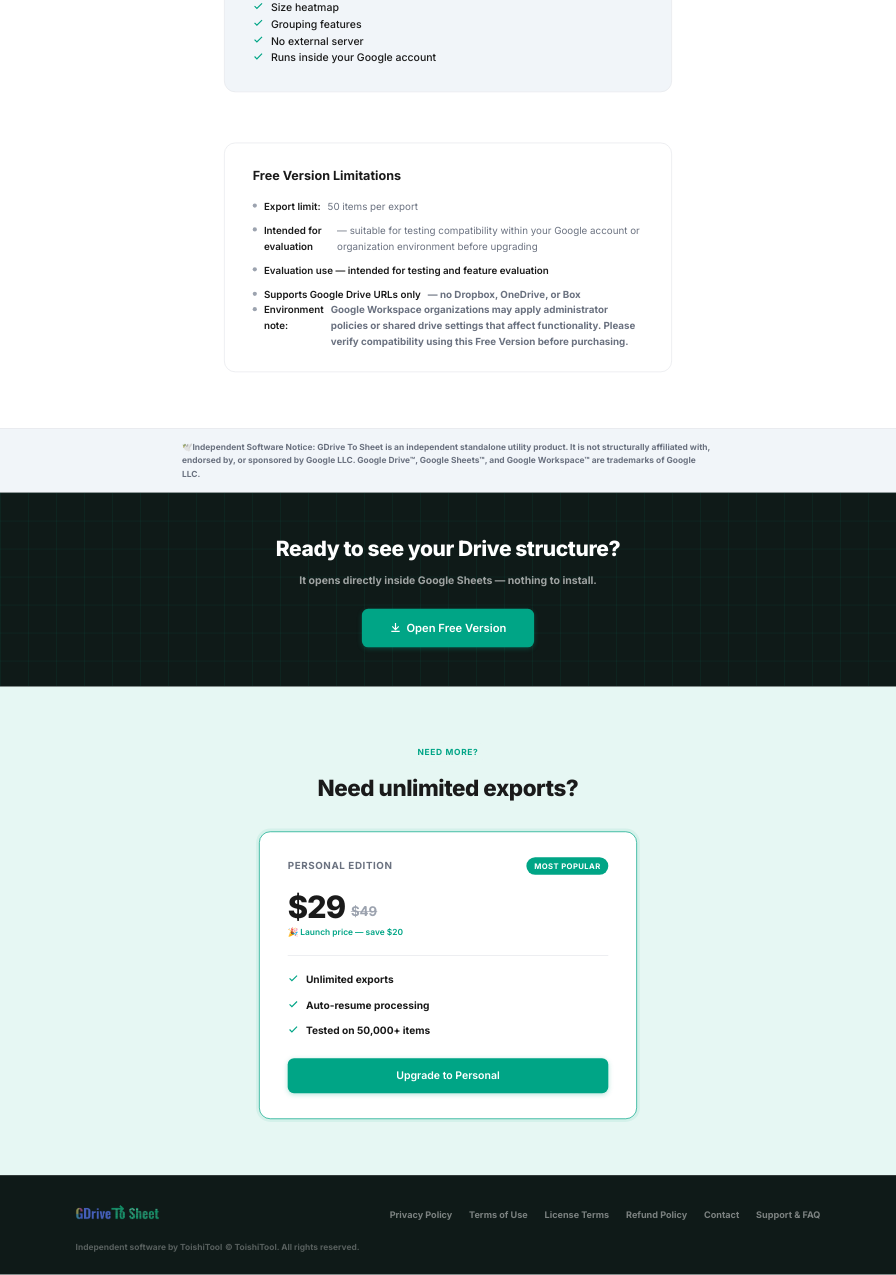
Repository: toishitool/gdrive-to-sheet
Page: free-download.html
These files come from the project's save history. The page is drawn as it stood at one moment and after the next save; the edit follows.
The browser window is 1280 px wide. The pictures show the part of the page from y = 664 to 2584 px (the page is 2485 px tall before and 2584 px after), at 70% of full size.

Above is the page before, as saved 2026-06-22 14:06:18.

After the next save:
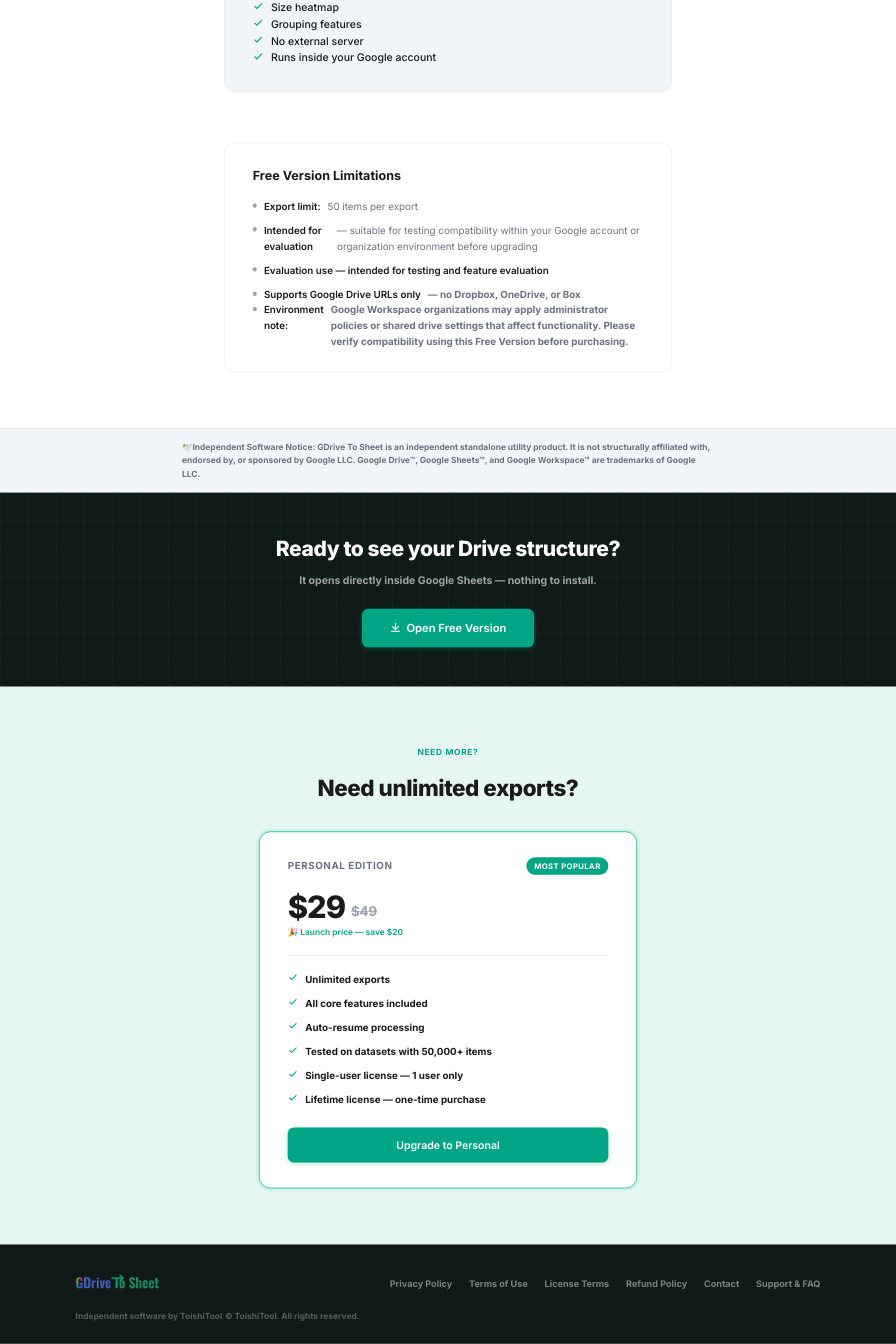
Saved 5 min 12 s later.
--- a/free-download.html
+++ b/free-download.html
@@ -170,16 +170,44 @@
           </div>
           <div class="upsell-launch">🎉 Launch price — save $20</div>
           <div class="upsell-divider"></div>
-          <ul class="upsell-features">
-            <li><svg width="16" height="16" fill="none" stroke="currentColor" stroke-width="2.5" viewBox="0 0 24 24">
-                <polyline points="20 6 9 17 4 12" />
-              </svg> Unlimited exports</li>
-            <li><svg width="16" height="16" fill="none" stroke="currentColor" stroke-width="2.5" viewBox="0 0 24 24">
-                <polyline points="20 6 9 17 4 12" />
-              </svg> Auto-resume processing</li>
-            <li><svg width="16" height="16" fill="none" stroke="currentColor" stroke-width="2.5" viewBox="0 0 24 24">
-                <polyline points="20 6 9 17 4 12" />
-              </svg> Tested on 50,000+ items</li>
+          <ul class="price-features">
+            <li>
+              <svg width="15" height="15" fill="none" stroke="var(--primary)" stroke-width="2.5" viewBox="0 0 24 24">
+                <polyline points="20 6 9 17 4 12" />
+              </svg>
+              <span><strong>Unlimited exports</strong></span>
+            </li>
+            <li>
+              <svg width="15" height="15" fill="none" stroke="var(--primary)" stroke-width="2.5" viewBox="0 0 24 24">
+                <polyline points="20 6 9 17 4 12" />
+              </svg>
+              <span>All core features included</span>
+            </li>
+            <li>
+              <svg width="15" height="15" fill="none" stroke="var(--primary)" stroke-width="2.5" viewBox="0 0 24 24">
+                <polyline points="20 6 9 17 4 12" />
+              </svg>
+              <span>Auto-resume processing</span>
+            </li>
+            <li>
+              <svg width="15" height="15" fill="none" stroke="var(--primary)" stroke-width="2.5" viewBox="0 0 24 24">
+                <polyline points="20 6 9 17 4 12" />
+              </svg>
+              <span>Tested on datasets with 50,000+ items</span>
+            </li>
+            <li>
+              <svg width="15" height="15" fill="none" stroke="var(--primary)" stroke-width="2.5" viewBox="0 0 24 24">
+                <polyline points="20 6 9 17 4 12" />
+              </svg>
+              <span>Single-user license — 1 user only</span>
+            </li>
+             <li>
+              <svg width="15" height="15" fill="none" stroke="var(--primary)" stroke-width="2.5" viewBox="0 0 24 24">
+                <polyline points="20 6 9 17 4 12" />
+              </svg>
+              <span><strong>Lifetime license — one-time purchase</strong></span>
+            </li>
+
           </ul>
           <a href="personal-edition.html" class="btn btn-primary upsell-btn">Upgrade to Personal</a>
         </div>
